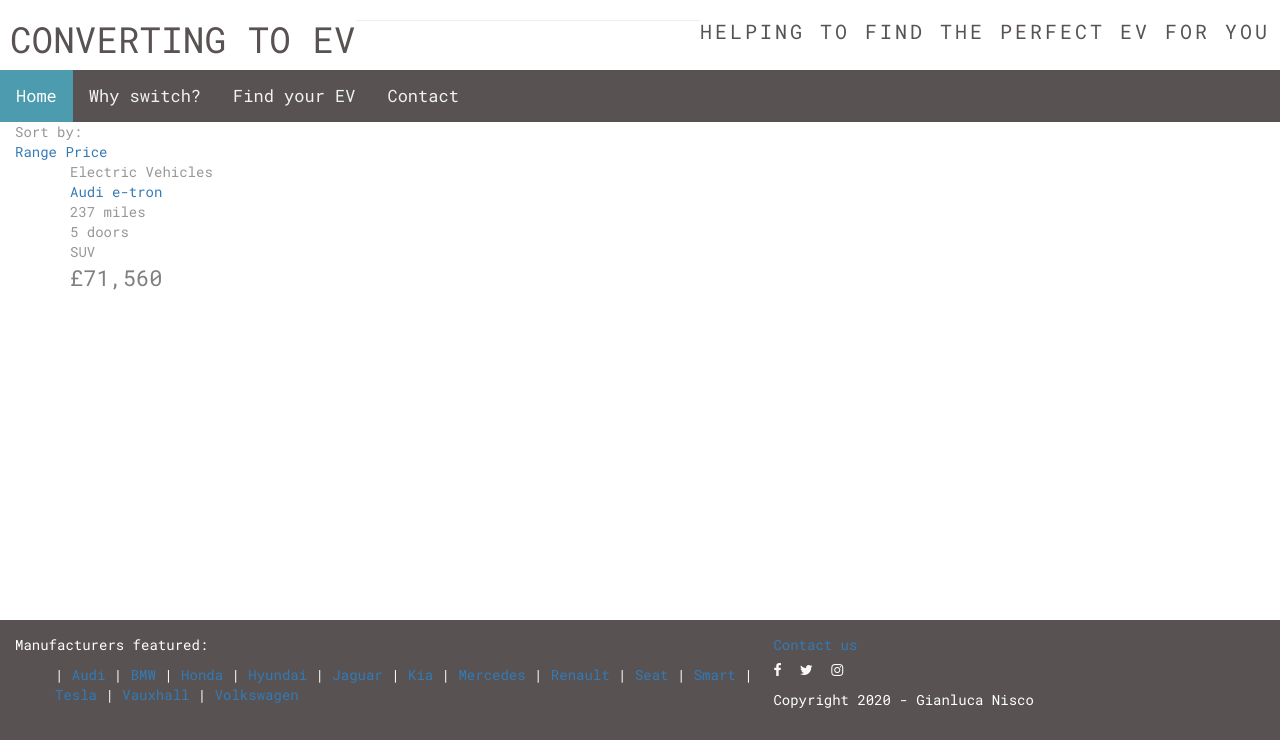
Repository: gnisco/project-2
Page: electric-vehicles.html
The author's editor kept a record of every edit. The page is drawn from the files as they stood at one moment, then again after the next edit.
The browser window is 1280 px wide. The pictures show the whole page.
Some web libraries are served in a nearby version.

Above is the page before.

### electric-vehicles.html
<!DOCTYPE html>
<html lang="en">
<head>
    <meta name="viewport" content="width=device-width, initial-scale=1">
    <meta http-equiv="Content-type" content="text/html;charset=UTF-8">
    <link rel="stylesheet" href="https://maxcdn.bootstrapcdn.com/bootstrap/3.3.7/css/bootstrap.min.css" type="text/css" />
    <link rel="stylesheet" href="https://maxcdn.bootstrapcdn.com/font-awesome/4.7.0/css/font-awesome.min.css" type="text/css" />
    <link rel="stylesheet" href="https://cdnjs.cloudflare.com/ajax/libs/hover.css/2.1.1/css/hover-min.css" type="text/css" />
    <link rel="stylesheet" href="assets/css/style.css" type="text/css" />
    <link href="https://fonts.googleapis.com/icon?family=Material+Icons" rel="stylesheet">
    <script src="https://cdnjs.cloudflare.com/ajax/libs/jquery/3.3.1/jquery.min.js" type="text/javascript"></script>
    <script src="https://cdnjs.cloudflare.com/ajax/libs/list.js/1.5.0/list.min.js" type="text/javascript"></script>
    <title>Electric Vehicles</title>
</head>
<body>
    <div class="wrap">
        <header class="container-fluid">
            <div class="col">
                <div class="row bg-color-name-title">
                    <div style="clear: both">
                        <h1 class="title" style="float: left">Converting to EV</h1>
                        <h3 class="sub-title hidden-sm hidden-xs" style="float: right">Helping to find the perfect EV for you</h3>
                    </div>
                    <hr />
                </div>
            </div>
            <div class="row">
                <div class="topnav" id="myTopnav">
                    <a href="index.html" class="active">Home</a>
                    <a href="why-switch.html">Why switch?</a>
                    <a href="find-your-ev.html">Find your EV</a>
                    <a href="contact.html">Contact</a>
                    <a href="javascript:void(0);" class="icon" onclick="myFunction()">
                      <i class="fa fa-bars"></i>
                    </a>
                </div>
            </div>
        </header>
        <section class="container-fluid">
            <div class="controls">
                <div>Sort by:</div>
                <a class="sort" href="#" data-sort="range">Range</a>
                <a class="sort" href="#" data-sort="price">Price</a>
            </div>
            <div class="container" id="car-list">
                <div class="header-list">Electric Vehicles <span class="count"></span></div>
                <div class="list">
                    <a class="list__item" href="javascript:void(0)">
                        <a class="car-link" href="https://www.audi.co.uk/electric-car/e-tron.html?sc_ppc=p1111531384&gclid=Cj0KCQiAjfvwBRCkARIsAIqSWlOpFs54hVqXR6UAmkKlZqReyzr17BxyMGFzZJBAKZrDyJ87QGTQOREaAs5tEALw_wcB"><div class="car">Audi e-tron</div></a>
                        <div class="meta">
                            <div class="range">237 miles</div>
                            <div class="doors">5 doors</div>
                            <div class="type">SUV</div>
                            <div class="price">£71,560</div>
                        </div>
                    </a>
                </div>
            </div>

        </section>
    </div>
    <footer class="footer-distributed">
        <div class="footer-left">
            <p>Manufacturers featured:</p>
            <div class="table">
                <ul class="manufacterer-list">
                    | <li class="item"><a href="https://www.audi.co.uk/" target="_blank">Audi</a></li>
                    | <li class="item"><a href="https://www.bmw.co.uk/" target="_blank">BMW</a></li>
                    | <li class="item"><a href="https://www.honda.co.uk/cars.html" target="_blank">Honda</a></li>
                    | <li class="item"><a href="https://www.hyundai.co.uk" target="_blank">Hyundai</a></li>
                    | <li class="item"><a href="https://www.jaguar.co.uk" target="_blank">Jaguar</a></li>
                    | <li class="item"><a href="https://www.kia.com" target="_blank">Kia</a></li>
                    | <li class="item"><a href="https://www.mercedes-benz.com" target="_blank">Mercedes</a></li>
                    | <li class="item"><a href="https://www.renault.co.uk" target="_blank">Renault</a></li>
                    | <li class="item"><a href="https://www.seat.co.uk" target="_blank">Seat</a></li>
                    | <li class="item"><a href="https://www.smart.com" target="_blank">Smart</a></li>
                    | <li class="item"><a href="https://www.tesla.com" target="_blank">Tesla</a></li>
                    | <li class="item"><a href="https://www.vauxhall.co.uk" target="_blank">Vauxhall</a></li>
                    | <li class="item"><a href="https://www.volkswagen.co.uk" target="_blank">Volkswagen</a></li>
                </ul>
            </div>
        </div>
        <div class="footer-right">
            <a href="contact.html">Contact us</a>
            <div class="socials">
                <ul class="list-inline social-icons">
                    <li><i class="fa fa-facebook"></i></li>
                    <li><i class="fa fa-twitter"></i></li>
                    <li><i class="fa fa-instagram"></i></li>
                </ul>
            </div>
            <p class="copyright">Copyright 2020 - Gianluca Nisco</p>
        </div>
    </footer>
</body>
</html>

### assets/css/style.css
@import url('https://fonts.googleapis.com/css?family=Roboto+Mono&display=swap');

/*--------------------------------------------navbar*/

@media screen and (max-width: 600px) {
  .topnav a:not(:first-child) {display: none;}
  .topnav a.icon {
    float: right;
    display: block;
  }
}

@media screen and (max-width: 600px) {
  .topnav.responsive {position: relative;}
  .topnav.responsive a.icon {
    position: absolute;
    right: 0;
    top: 0;
  }
  .topnav.responsive a {
    float: none;
    display: block;
    text-align: left;
  }
}

.topnav {
  background-color: #585352;
  overflow: hidden;
}

.topnav a {
  float: left;
  display: block;
  color: #f2f2f2;
  text-align: center;
  padding: 14px 16px;
  text-decoration: none;
  font-size: 17px;
}

.topnav a:hover {
  background-color: #f2f2f2;
  color: black;
}

.topnav .active {
  background-color: #4C9BAF;
  color: white;
}

.topnav .icon {
  display: none;
}

/*--------------------------------------------Title*/

.bg-color-name-title {
    background-color: #fff;
    color: #585352;
    overflow: hidden;
}

.title {
    color: #585352;
    text-align: center;
    text-transform: uppercase;
    margin-left: 10px;
}

.sub-title {
    color: #585352;
    text-align: center;
    text-transform: uppercase;
    margin-right: 10px;
    overflow: hidden;
    font-size: 20px;
    letter-spacing: 3px;
    font-weight: 100;
}


body {
    font-family: Roboto Mono, sans-serif;
    font-weight: 200;
    background-color: #fff;
    color: #999696;
}

/*--------------------------------------------Carousel*/

* {box-sizing: border-box;}

.mySlides {display: none;}
img {vertical-align: middle;}

.slideshow-container {
  max-width: 1000px;
  position: relative;
  margin: auto;
  margin-top: 30px;
}

.text {
  color: #585352;
  font-size: 18px;
  padding: 8px 12px;
  position: absolute;
  bottom: 8px;
  width: 100%;
  text-align: center;
}

.numbertext {
  color: #585352;
  font-size: 12px;
  padding: 8px 12px;
  position: absolute;
  top: 0;
}

.dot {
  height: 15px;
  width: 15px;
  margin: 0 2px;
  background-color: #bbb;
  border-radius: 50%;
  display: inline-block;
  transition: background-color 0.7s ease;
}

.active {
  background-color: #717171;
}

/* Fading animation */
.fade {
  -webkit-animation-name: fade;
  -webkit-animation-duration: 4s;
  animation-name: fade;
  animation-duration: 4s;
}

@-webkit-keyframes fade {
  from {opacity: .3}
  to {opacity: 1}
}

@keyframes fade {
  from {opacity: .3}
  to {opacity: 1}
}

@media only screen and (max-width: 300px) {
  .text {font-size: 11px}
}

/*--------------------------------------------Footer*/

html, body {
  height: 100%;
  margin: 0;
}

.wrap {
  /*height:100%;*/
  margin: 0 auto;
  position: relative;
  margin-bottom: -50px;
  min-height: calc(100vh - 70px);
}

.footer,
.push {
  height: 50px;
}

@media (max-height:1000px){
  footer { position: static; }
}

.footer-distributed{
  color: #fff;
	background-color: #585352;
	text-align: left;
	padding: 15px 15px 15px 15px;
  left: 0;
  bottom: 0;
  width: 100%;
  margin-top: 20px;
}

.footer-distributed .footer-left,
.footer-distributed .footer-center,
.footer-distributed .footer-right{
	display: inline-block;
	vertical-align: top;
}

.footer-left {
  width: 60%;
}

.manufacterer-list {
  list-style-type: none;
}

.manufacterer-list li {
		display: inline;
}



.footer-right {
  display: inline-block
}

.socials {
  margin-top: 5px;
}

.social-icons li {
  display: inline;
  color: #fafafa;
}

.copyright {
  margin-top: 5px;
}

/*--------------------------------------------Contact*/

@media(min-width: 992px) {
    .center-form {
        padding-top: 30px;
        min-height: 240px;
        margin: 0 auto;
        max-width: 50%;
    }
}

.contact-heading {
    font-family: sans-serif;
    font-weight: 200;
    color: #585352;
    margin-top: 20px;
    margin-bottom: 15px;
    margin-left: 15px;
}

.center-form {
    padding-top: 12px;
    margin: 0 auto;
    max-width: 75%;
    min-height: 60%
}

button[type="submit"] {
    margin-top: 15px;
    margin-bottom: 20px;
    background-color: #585352;
    color: #fafafa;
}

/*--------------------------------------------Electric Vehicles*/

.card {
  box-shadow: 0 4px 8px 0 rgba(0, 0, 0, 0.2);
  max-width: 800px;
  margin: auto;
  text-align: center;
  font-family: arial;
}

.price {
  color: grey;
  font-size: 22px;
}

.card button {
  border: none;
  outline: 0;
  padding: 12px;
  color: white;
  background-color: #000;
  text-align: center;
  cursor: pointer;
  width: 100%;
  font-size: 18px;
}

.card button:hover {
  opacity: 0.7;
}

After the next edit:
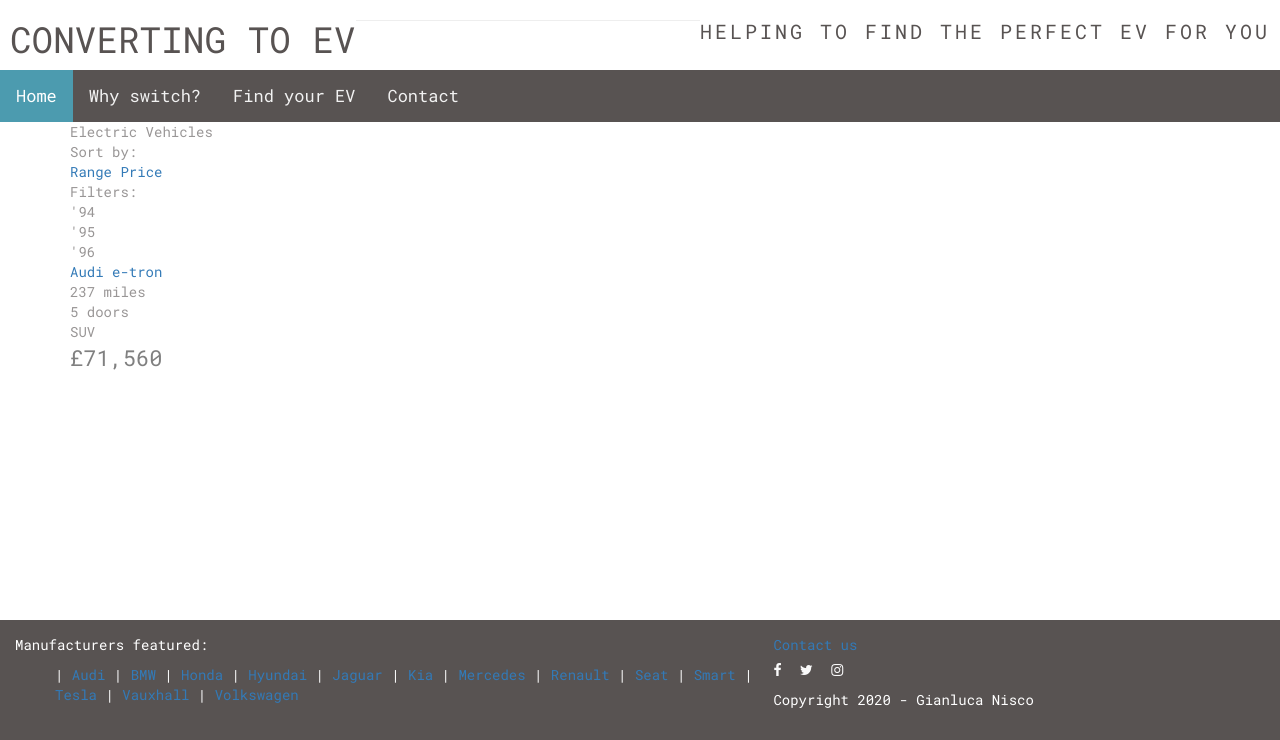
The edit:
--- a/electric-vehicles.html
+++ b/electric-vehicles.html
@@ -37,13 +37,20 @@
             </div>
         </header>
         <section class="container-fluid">
-            <div class="controls">
-                <div>Sort by:</div>
-                <a class="sort" href="#" data-sort="range">Range</a>
-                <a class="sort" href="#" data-sort="price">Price</a>
-            </div>
             <div class="container" id="car-list">
                 <div class="header-list">Electric Vehicles <span class="count"></span></div>
+                <div class="controls">
+                    <div>Sort by:</div>
+                    <a class="sort" href="#" data-sort="range">Range</a>
+                    <a class="sort" href="#" data-sort="price">Price</a>
+                </div>
+                <div class="tags">
+                <div>Filters:</div>
+                    <div class="tag filter" data-filter="1993"> </div>
+                    <div class="tag filter" data-filter="1994">'94 </div>
+                    <div class="tag filter" data-filter="1995">'95</div>
+                    <div class="tag filter" data-filter="1996">'96 </div>
+                </div>
                 <div class="list">
                     <a class="list__item" href="javascript:void(0)">
                         <a class="car-link" href="https://www.audi.co.uk/electric-car/e-tron.html?sc_ppc=p1111531384&gclid=Cj0KCQiAjfvwBRCkARIsAIqSWlOpFs54hVqXR6UAmkKlZqReyzr17BxyMGFzZJBAKZrDyJ87QGTQOREaAs5tEALw_wcB"><div class="car">Audi e-tron</div></a>
